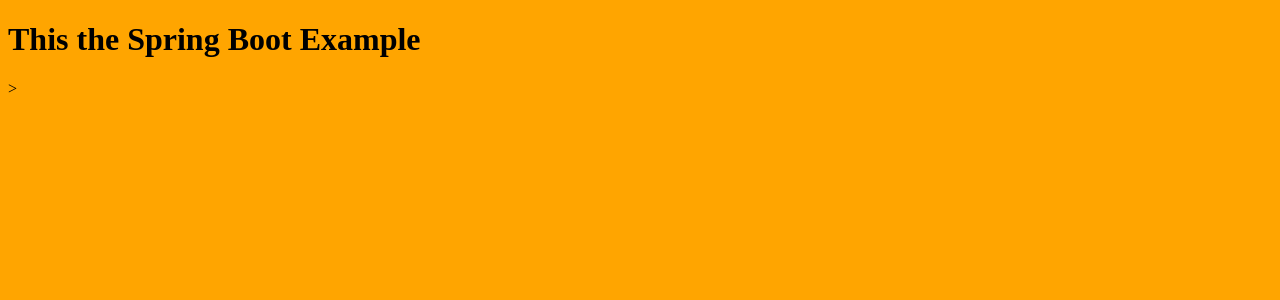
Repository: vamsi030601/AdvJavaProgramms
Page: SpringBootex1/src/main/webapp/data.html
These files come from the project's save history. The page is drawn as it stood at one moment and after the next save; the edit follows.
The browser window is 1280 px wide. The pictures show the whole page.

Above is the page before, as saved 2024-03-19 09:28:30.

### SpringBootex1/src/main/webapp/data.html
<!DOCTYPE html>
<html>
<head>
<meta charset="ISO-8859-1">
<title>Insert title here</title>
</head>
<body bgcolor="orange">

    <h1> This the Spring Boot Example </h1>


></body>
</html>

After the next save:
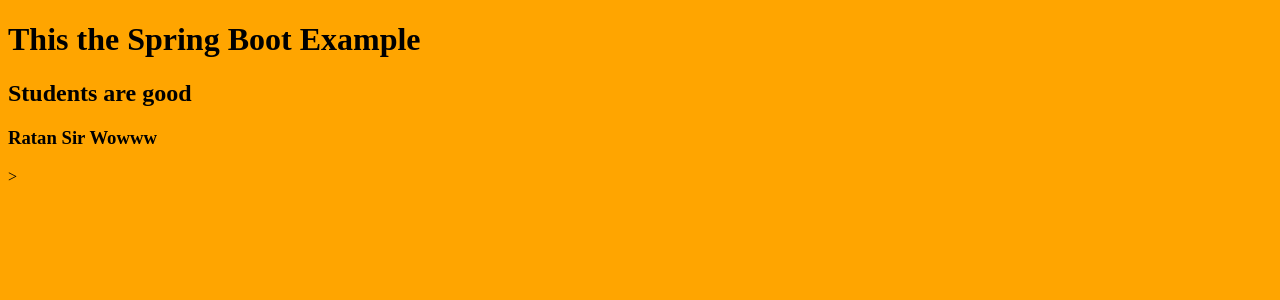
Saved 2 min 34 s later.
--- a/SpringBootex1/src/main/webapp/data.html
+++ b/SpringBootex1/src/main/webapp/data.html
@@ -8,6 +8,9 @@
 
     <h1> This the Spring Boot Example </h1>
 
+      <h2> Students are good  </h2>
+       <h3> Ratan Sir Wowww </h3>
+
 
 ></body>
 </html>
